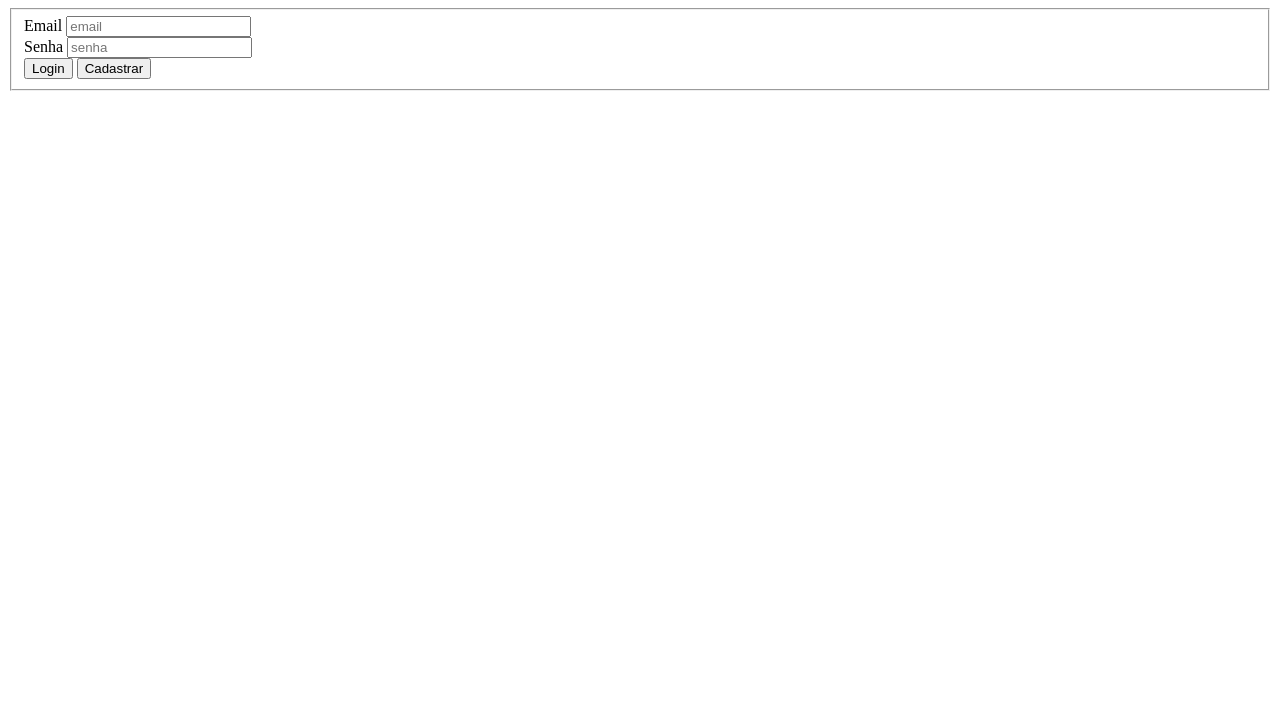
Repository: moises2112/Projetos
Page: http://localhost/Dog/LoginController.do?action=logar
An editor plug-in stored every save of this project. The page is shown before and after the next save, followed by the edit.
The browser window is 1280 px wide. The pictures show the whole page.
Some web libraries are served in a nearby version. The page is served by Tomcat 9.

Above is the page before, as saved 2017-06-10 21:41:30.

After the next save:
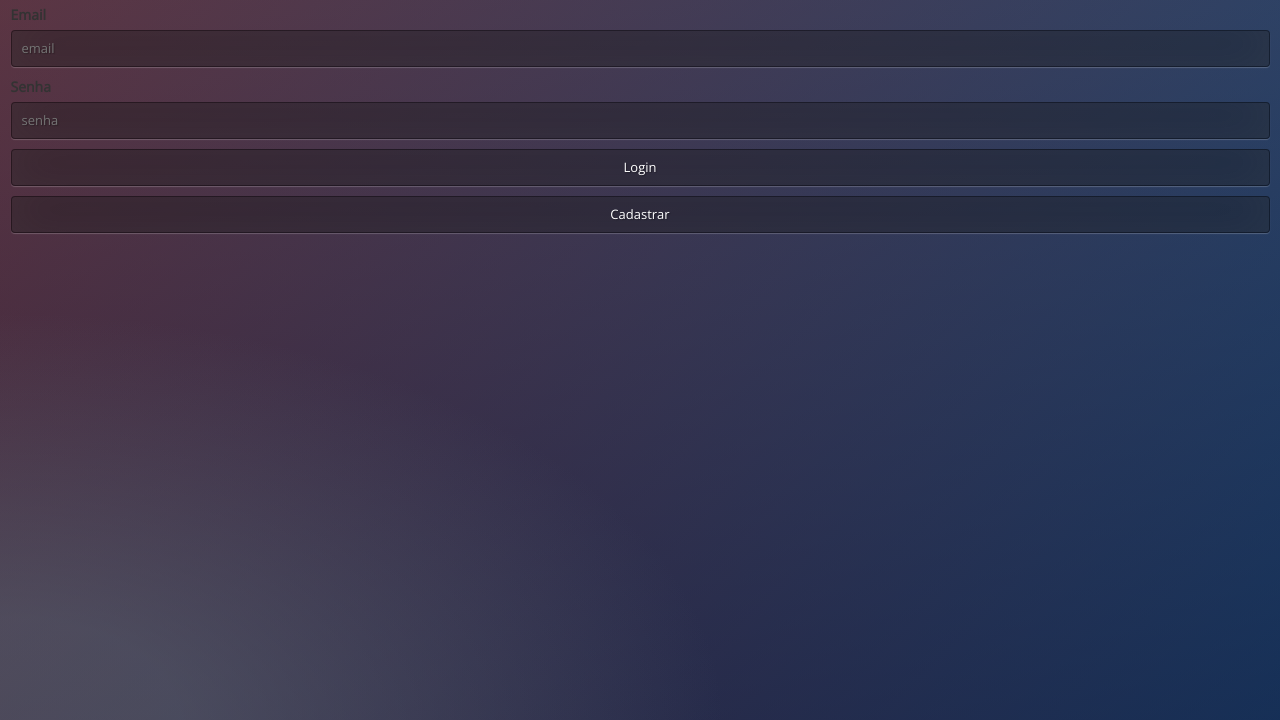
Saved 4 min 39 s later.
--- a/Dog/WebContent/login.jsp
+++ b/Dog/WebContent/login.jsp
@@ -5,9 +5,128 @@
 <!DOCTYPE HTML>
 <html>
 <head>
+<meta charset="UTF-8">
 <meta http-equiv="Content-Type" content="text/html; charset=ISO-8859-1">
 
 <title>Bem vindo ao Tindog</title>
+<link rel="stylesheet" type="text/css" href="css\bootstrap.css">
+
+<link rel="stylesheet"
+	href="https://cdnjs.cloudflare.com/ajax/libs/normalize/5.0.0/normalize.min.css">
+
+
+<style>
+/* NOTE: The styles were added inline because Prefixfree needs access to your styles and they must be inlined if they are on local disk! */
+@import url(https://fonts.googleapis.com/css?family=Open+Sans);
+
+.btn-large {
+	padding: 9px 14px;
+	font-size: 15px;
+	line-height: normal;
+	-webkit-border-radius: 5px;
+	-moz-border-radius: 5px;
+	border-radius: 5px;
+}
+
+.btn-block {
+	width: 100%;
+	display: block;
+}
+
+* {
+	-webkit-box-sizing: border-box;
+	-moz-box-sizing: border-box;
+	-ms-box-sizing: border-box;
+	-o-box-sizing: border-box;
+	box-sizing: border-box;
+}
+
+html {
+	width: 100%;
+	height: 100%;
+	overflow: hidden;
+}
+
+body {
+	width: 100%;
+	height: 100%;
+	font-family: 'Open Sans', sans-serif;
+	background: #092756;
+	background: -moz-radial-gradient(0% 100%, ellipse cover, rgba(104, 128, 138, .4)
+		10%, rgba(138, 114, 76, 0) 40%),
+		-moz-linear-gradient(top, rgba(57, 173, 219, .25) 0%,
+		rgba(42, 60, 87, .4) 100%),
+		-moz-linear-gradient(-45deg, #670d10 0%, #092756 100%);
+	background: -webkit-radial-gradient(0% 100%, ellipse cover, rgba(104, 128, 138, .4)
+		10%, rgba(138, 114, 76, 0) 40%),
+		-webkit-linear-gradient(top, rgba(57, 173, 219, .25) 0%,
+		rgba(42, 60, 87, .4) 100%),
+		-webkit-linear-gradient(-45deg, #670d10 0%, #092756 100%);
+	background: -o-radial-gradient(0% 100%, ellipse cover, rgba(104, 128, 138, .4)
+		10%, rgba(138, 114, 76, 0) 40%),
+		-o-linear-gradient(top, rgba(57, 173, 219, .25) 0%,
+		rgba(42, 60, 87, .4) 100%),
+		-o-linear-gradient(-45deg, #670d10 0%, #092756 100%);
+	background: -ms-radial-gradient(0% 100%, ellipse cover, rgba(104, 128, 138, .4)
+		10%, rgba(138, 114, 76, 0) 40%),
+		-ms-linear-gradient(top, rgba(57, 173, 219, .25) 0%,
+		rgba(42, 60, 87, .4) 100%),
+		-ms-linear-gradient(-45deg, #670d10 0%, #092756 100%);
+	background: -webkit-radial-gradient(0% 100%, ellipse cover, rgba(104, 128, 138, .4)
+		10%, rgba(138, 114, 76, 0) 40%),
+		linear-gradient(to bottom, rgba(57, 173, 219, .25) 0%,
+		rgba(42, 60, 87, .4) 100%),
+		linear-gradient(135deg, #670d10 0%, #092756 100%);
+	filter: progid:DXImageTransform.Microsoft.gradient( startColorstr='#3E1D6D',
+		endColorstr='#092756', GradientType=1);
+}
+
+.login {
+	position: absolute;
+	top: 50%;
+	left: 50%;
+	margin: -150px 0 0 -150px;
+	width: 300px;
+	height: 300px;
+}
+
+.login h1 {
+	color: #fff;
+	text-shadow: 0 0 10px rgba(0, 0, 0, 0.3);
+	letter-spacing: 1px;
+	text-align: center;
+}
+
+input {
+	width: 100%;
+	margin-bottom: 10px;
+	background: rgba(0, 0, 0, 0.3);
+	border: none;
+	outline: none;
+	padding: 10px;
+	font-size: 13px;
+	color: #fff;
+	text-shadow: 1px 1px 1px rgba(0, 0, 0, 0.3);
+	border: 1px solid rgba(0, 0, 0, 0.3);
+	border-radius: 4px;
+	box-shadow: inset 0 -5px 45px rgba(100, 100, 100, 0.2), 0 1px 1px
+		rgba(255, 255, 255, 0.2);
+	-webkit-transition: box-shadow .5s ease;
+	-moz-transition: box-shadow .5s ease;
+	-o-transition: box-shadow .5s ease;
+	-ms-transition: box-shadow .5s ease;
+	transition: box-shadow .5s ease;
+}
+
+input:focus {
+	box-shadow: inset 0 -5px 45px rgba(100, 100, 100, 0.4), 0 1px 1px
+		rgba(255, 255, 255, 0.2);
+}
+</style>
+
+<script
+	src="https://cdnjs.cloudflare.com/ajax/libs/prefixfree/1.0.7/prefixfree.min.js"></script>
+
 </head>
 <body>
 	<form action="LoginController.do?action=logar" method="post">
